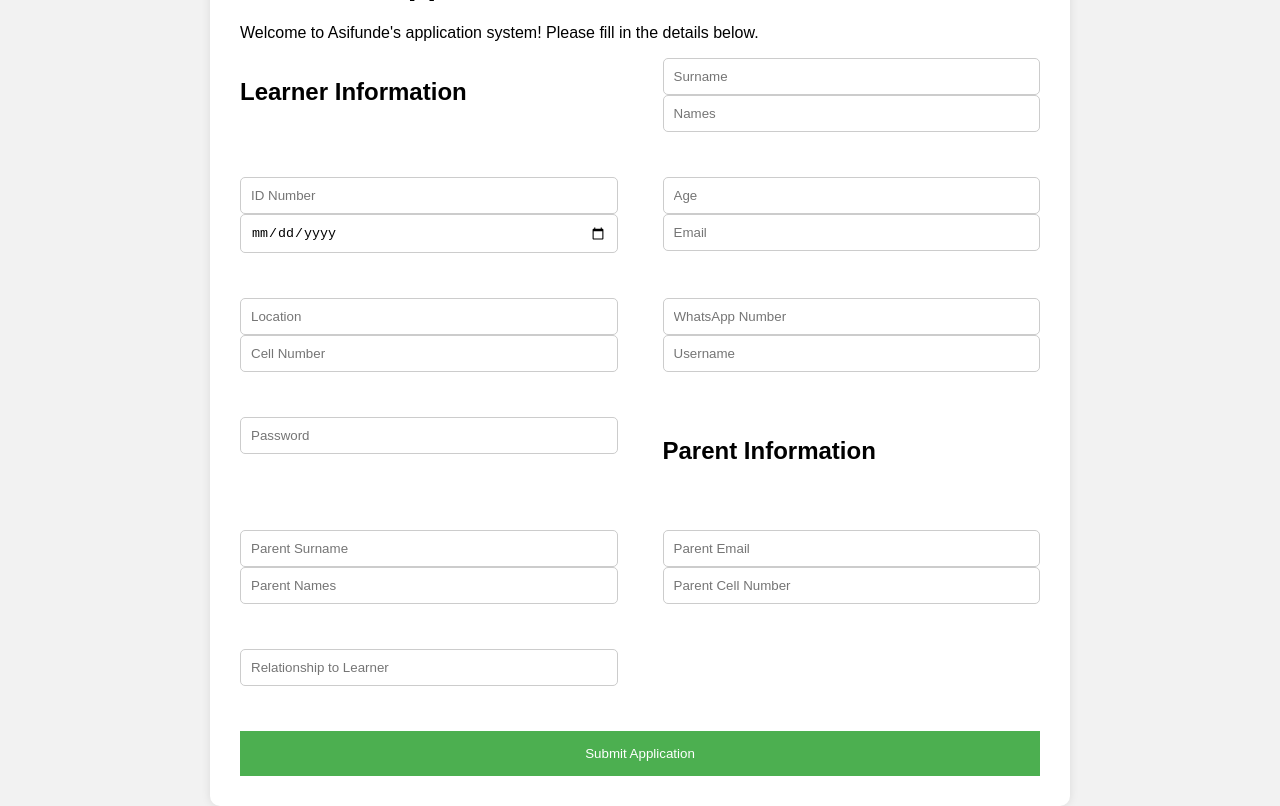
Repository: Soshtakovich/Asifunde
Page: Application_system/apply.html
An editor plug-in stored every save of this project. The page is shown before and after the next save, followed by the edit.
The browser window is 1280 px wide. The pictures show the whole page.

Above is the page before, as saved 2024-10-18 17:35:37.

After the next save:
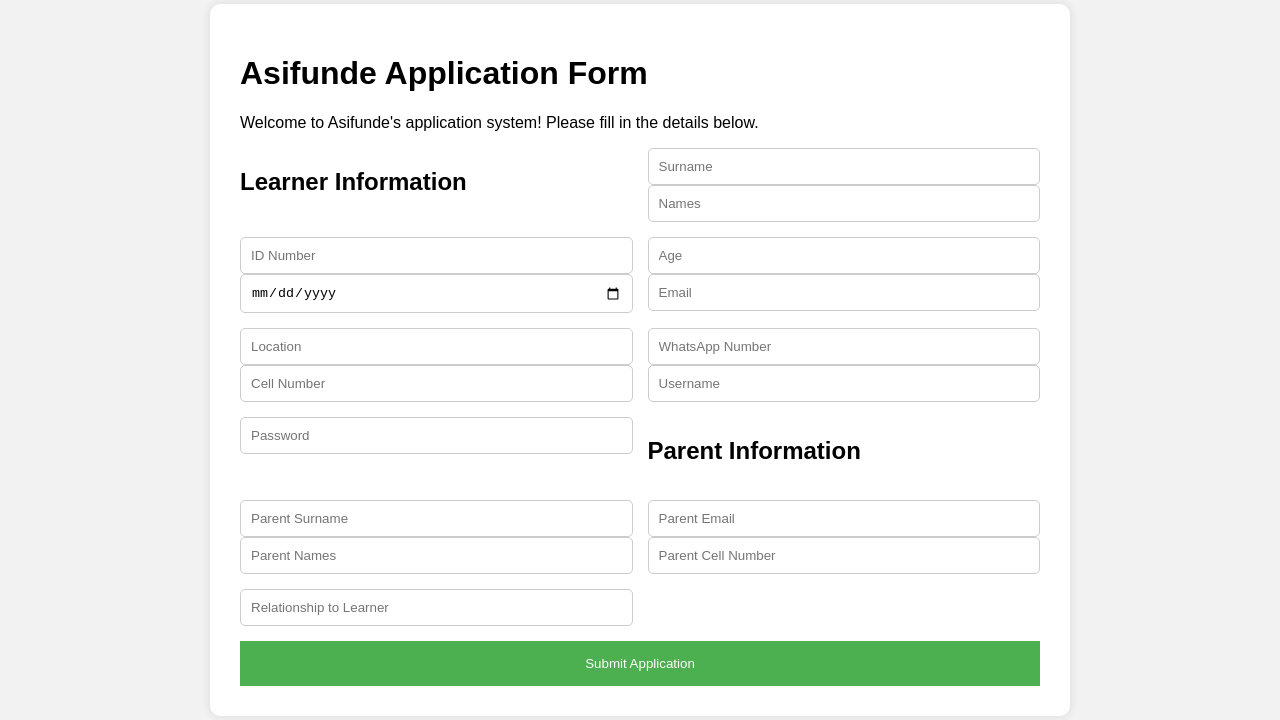
Saved 11 s later.
--- a/Application_system/statics/css/apply.css
+++ b/Application_system/statics/css/apply.css
@@ -22,7 +22,7 @@
 form {
   display: grid;
   grid-template-columns: repeat(2, 1fr); /* Two equal-width columns */
-  gap:45px; /* Space between grid items */
+  gap:15px; /* Space between grid items */
 }
 
 /* Full-width inputs */
